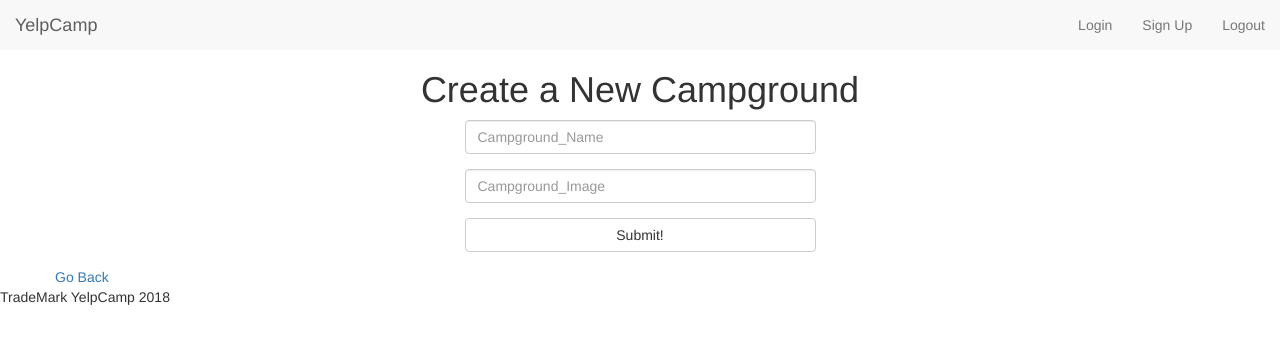
Repository: Kushagrakmr/c9backup
Page: http://localhost/campgrounds/new
The author's editor kept a record of every edit. The page is drawn from the files as they stood at one moment, then again after the next edit.
The browser window is 1280 px wide. The pictures show the whole page.
The page is served by the project's Node server (YelpCamp/v1/app.js).

Above is the page before.

### YelpCamp/v1/views/new.ejs
<% include partials/header %>

 <div class="container" >
  <div class="row">
   <h1 style="text-align:center">Create a New Campground</h1>
   <div style= "width:30%; margin: 0 auto;">
    <form action = "/campgrounds" method= "POST">
     <div class="form-group">
       <input class = "form-control" type = "text" name="name" placeholder = "Campground_Name">
     </div>
     <div class="form-group">
       <input class= "form-control" type = "text" name="image" placeholder = "Campground_Image">
     </div>
     <div class="form-group">
       <button class="btn btn-ld btn-default btn-block">Submit!</button>
     </div>
    </form>
   </div>

   <a href="/campgrounds">Go Back</a>
  </div>
 </div>


 <% include partials/footer %>

### YelpCamp/v1/views/partials/header.ejs
<!DOCTYPE html>
<html>
    <head>
        <title>Yelp Camp</title>
        <link rel="stylesheet" href= "https://stackpath.bootstrapcdn.com/bootstrap/3.3.5/css/bootstrap.min.css">
    </head>
    <body>

<nav class="nav navbar-default">
     <div class = "conatainer-fluid">
         <div class-"navbar-header">
             <a class= "navbar-brand" href= "/">YelpCamp</a>
         </div>
         <div class="collapse navbar-collapse">
             <ul class = " nav navbar-nav navbar-right">
                 <li><a href="/">Login</a></li>
                 <li><a href="/">Sign Up</a></li>
                 <li><a href="/">Logout</a></li>

             </ul>
         </div>
     </div>
 </nav>

### YelpCamp/v1/views/partials/footer.ejs
       <p> TradeMark YelpCamp 2018</p>
    </body>
</html>

### YelpCamp/v1/app.js
var express = require("express");
var app = express();
var bodyParser = require("body-parser");

app.use(bodyParser.urlencoded({extended : true}));
app.set("view engine", "ejs");

var campgrounds = [
        {name: "Laddakh", image: "https://c1.staticflickr.com/1/231/446876174_e15ca57e05_o.jpg"},
        {name: "Sikkim",  image: "https://c2.staticflickr.com/6/5581/14860971851_4362334b72_b.jpg"},
        {name: "Minnisota", image: "https://c2.staticflickr.com/4/3915/15158046300_56b40456af_b.jpg"},
        {name: "Hills",  image: "https://c2.staticflickr.com/6/5581/14860971851_4362334b72_b.jpg"},
        {name: "Mountains", image: "https://c2.staticflickr.com/4/3915/15158046300_56b40456af_b.jpg"},
        {name: "Valley", image: "https://c1.staticflickr.com/1/231/446876174_e15ca57e05_o.jpg"},
        {name: "Darzeeling", image: "https://c2.staticflickr.com/4/3915/15158046300_56b40456af_b.jpg"},
        {name: "Nepal",  image: "https://c2.staticflickr.com/6/5581/14860971851_4362334b72_b.jpg"},
        {name: "Laddakh", image: "https://c1.staticflickr.com/1/231/446876174_e15ca57e05_o.jpg"},
        {name: "Sikkim",  image: "https://c2.staticflickr.com/6/5581/14860971851_4362334b72_b.jpg"},
        {name: "Darzeeling", image: "https://c2.staticflickr.com/4/3915/15158046300_56b40456af_b.jpg"},
        {name: "Sikkim",  image: "https://c2.staticflickr.com/6/5581/14860971851_4362334b72_b.jpg"},
        {name: "Darzeeling", image: "https://c2.staticflickr.com/4/3915/15158046300_56b40456af_b.jpg"},
        {name: "Darzeeling", image: "https://c2.staticflickr.com/4/3915/15158046300_56b40456af_b.jpg"}
    ];

app.get("/",function(request, response){
    response.render("landing");
});

app.get("/campgrounds",function(request, response){


    response.render("campgrounds",{campgrounds_app:campgrounds});
});

app.post("/campgrounds",function(request, response){
    //get data from form and add to the array
    var name = request.body.name;
    var image = request.body.image;
    var newCampground = {name: name, image:image};
    campgrounds.push(newCampground);
    //redirect
    response.redirect("/campgrounds")
});

app.get("/campgrounds/new", function(request, response) {
    response.render("new.ejs");
});


app.listen(process.env.PORT, process.env.IP, function(){
    console.log("The Yelp Camp Server Has Started");
});

After the next edit:
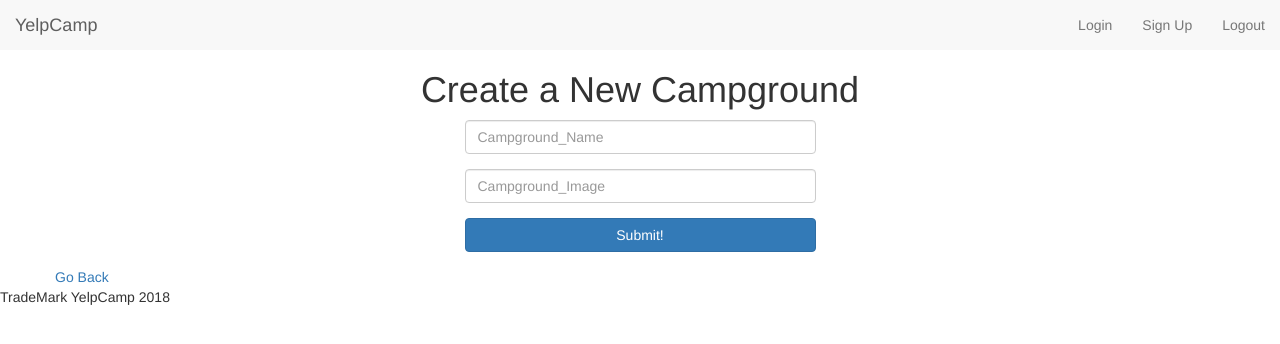
The edit:
--- a/YelpCamp/v1/views/new.ejs
+++ b/YelpCamp/v1/views/new.ejs
@@ -12,7 +12,7 @@
        <input class= "form-control" type = "text" name="image" placeholder = "Campground_Image">
      </div>
      <div class="form-group">
-       <button class="btn btn-ld btn-default btn-block">Submit!</button>
+       <button class="btn btn-ld btn-primary btn-block">Submit!</button>
      </div>
     </form>
    </div>
